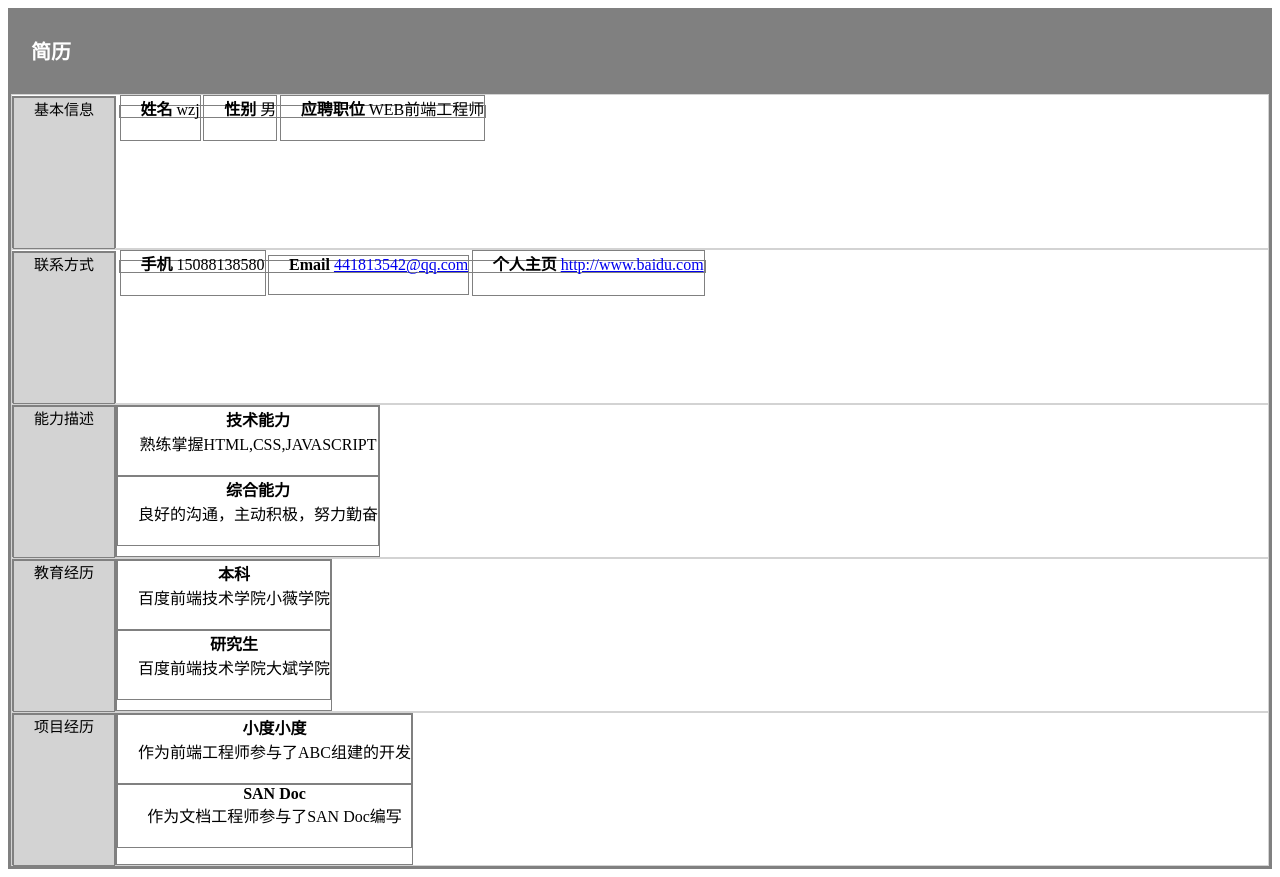
Repository: w441813542/webrecord
Page: day6_day7/jianli.html
The author's editor kept a copy of each file at every save. The page is drawn from the files as they stood at one save, then again after the next save.
The browser window is 1280 px wide. The pictures show the whole page.

Above is the page before, as saved 2021-03-09 14:58:12.

### day6_day7/jianli.html
<!DOCTYPE html>
<html>

<head>
  <!-- <link rel="stylesheet" type="text/css" href="style_1.css" /> -->
  <!-- <link rel="stylesheet" type="text/css" href="style_2.css" /> -->
  <link rel="stylesheet" type="text/css" href="style_3.css" />
</head>

<body>
  <div class="box">
    <div class="left">
      <div class="caption">简历</div>
    </div>
    <div class="right">
      <div>
        <!-- <tr>
          <th rowspan="15" class="caption" align="center" valign="top">简历</th>
        </tr> -->
        <div class="part">
          <div class="part_left">
            <div class="th">基本信息</div>
          </div>
          <div class="part_right">
            <div class="td"><span>姓名</span> wzj</div>
            <div class="td"><span>性别</span> 男</div>
            <div class="td"><span>应聘职位</span> WEB前端工程师</div>
          </div>
        </div>
        <div class="part">
          <div class="part_left">
            <div class="th">联系方式</div>
          </div>
          <div class="part_right">
            <div class="td"><span>手机</span> 15088138580</div>
            <div class="td" ><span>Email</span> <a href="mailto:441813542@qq.com">441813542@qq.com</a></div>
            <div class="td"><span>个人主页</span> <a href="http://www.baidu.com">http://www.baidu.com</a></div>
          </div>
        </div>
        <div class="part flex">
          <div class="part_left">
            <div class="th">能力描述</div>
          </div>
          <div class="part_right">
            <div class="td msgtd block"><span class="block">技术能力</span> 熟练掌握HTML,CSS,JAVASCRIPT</div>
            <div class="td msgtd block"><span class="block">综合能力</span> 良好的沟通，主动积极，努力勤奋</div>
          </div>
        </div>
        <div class="part flex">
          <div class="part_left">
            <div class="th">教育经历</div>
          </div>
          <div class="part_right">
            <div class="td msgtd block"><span class="block">本科</span> 百度前端技术学院小薇学院</div>
            <div class="td msgtd block"><span class="block">研究生</span> 百度前端技术学院大斌学院</div>
          </div>
        </div>
        <div class="part flex">
          <div class="part_left">
            <div class="th">项目经历</div>
          </div>
          <div class="part_right">
            <div class="td msgtd block"><span class="block">小度小度</span> 作为前端工程师参与了ABC组建的开发</div>
            <div class="td msgtd block"><span class="block">SAN Doc</span> 作为文档工程师参与了SAN Doc编写</div>
          </div>
        </div>
      </div>

    </div>
  </div>
</body>

</html>

### day6_day7/style_3.css
html {
    font-size: 10px;
  }

  div{
    border: 1px solid gray;
  }

  .td {
    font-size: 1.6em;
    padding-left: 20px;
    padding-bottom: 20px;
    display: inline-block;
    text-align: center;
  }

  .th {
    font-size: 1.5em;
    text-align: center;
    display: inline-block;
    padding-left: 20px;
    padding-right: 20px;
    height: 150px;
    background: lightgray;
  }

  .caption {
    font-size: 2em;
    font-weight: bold;
    color: white;
    text-align: left;
    background: gray;
    padding-top: 25px;
    padding-left: 20px;
    padding-bottom: 25px;
  }

 .part{
   display: block;
   border: 1px solid lightgray;
 }

  .part_left{
    display: inline-block;
    height: 150px;
  }

  .part_right{
    display: inline;
    height: 150px;
  }

  span {
    font-weight: bold;
  }

  .box{
      display: block;
  }

  .flex{
    display: flex;
  }

  .block{
    display: block;
  }

After the next save:
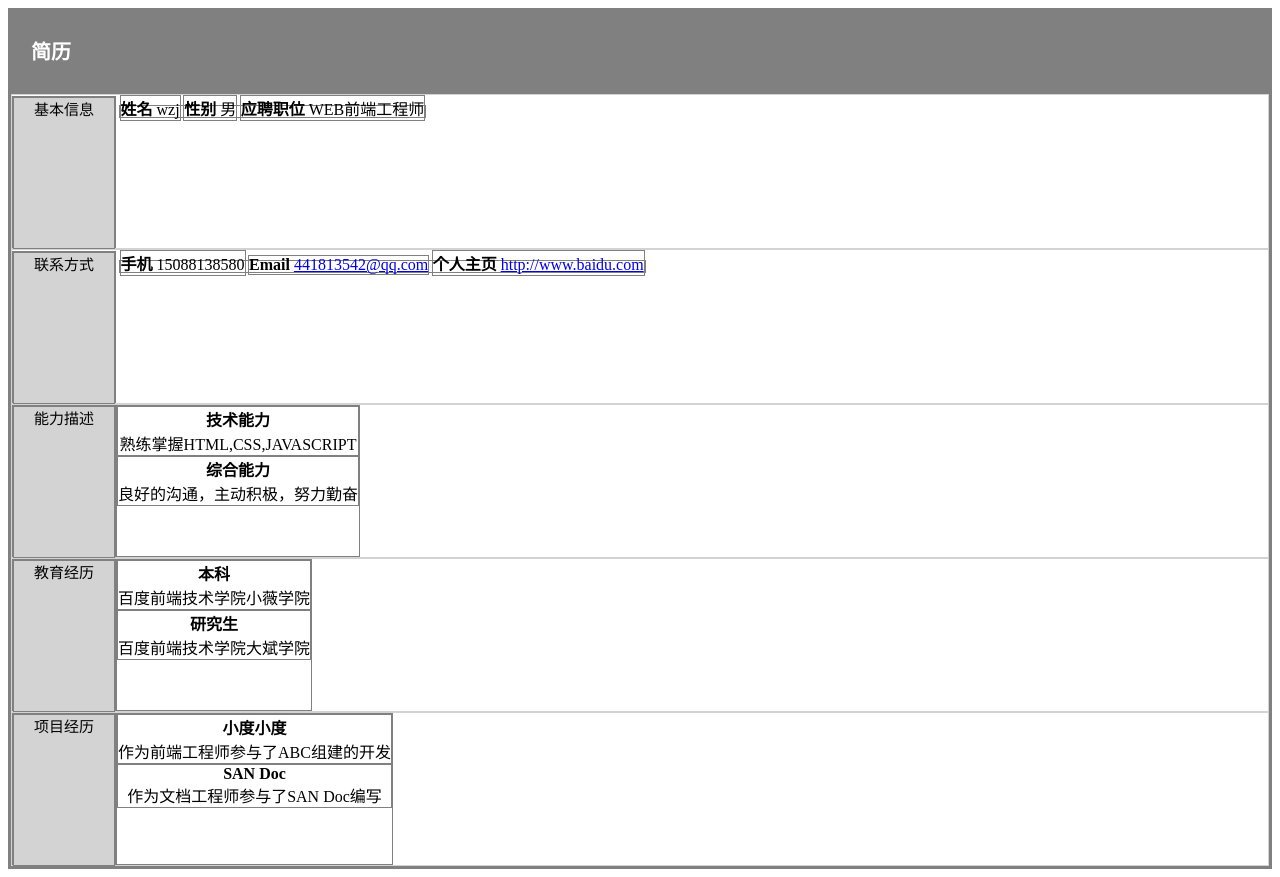
Saved 10 s later.
--- a/day6_day7/style_3.css
+++ b/day6_day7/style_3.css
@@ -8,8 +8,6 @@
 
   .td {
     font-size: 1.6em;
-    padding-left: 20px;
-    padding-bottom: 20px;
     display: inline-block;
     text-align: center;
   }

After the save that followed:
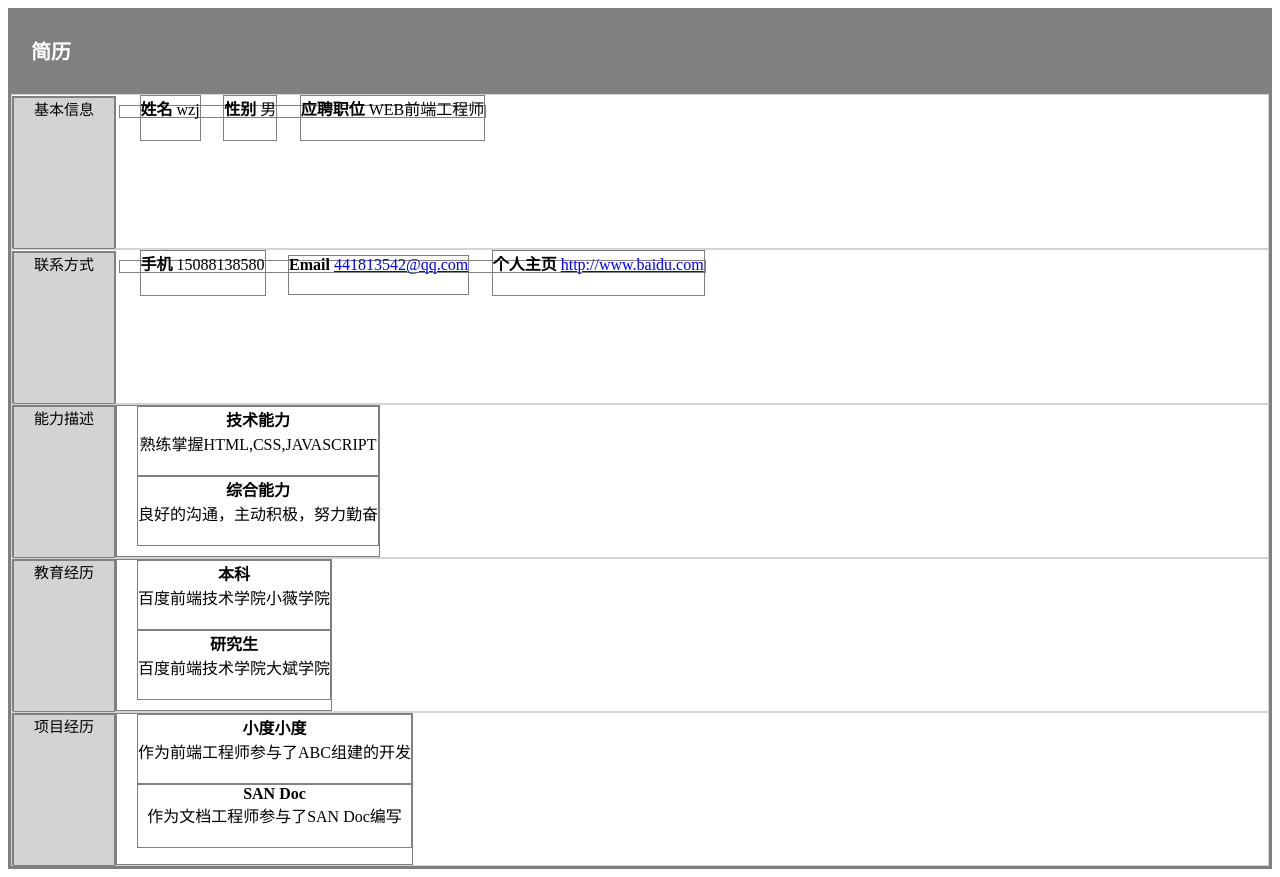
Saved 14 s later.
--- a/day6_day7/style_3.css
+++ b/day6_day7/style_3.css
@@ -8,6 +8,8 @@
 
   .td {
     font-size: 1.6em;
+    margin-left: 20px;
+    padding-bottom: 20px;
     display: inline-block;
     text-align: center;
   }
